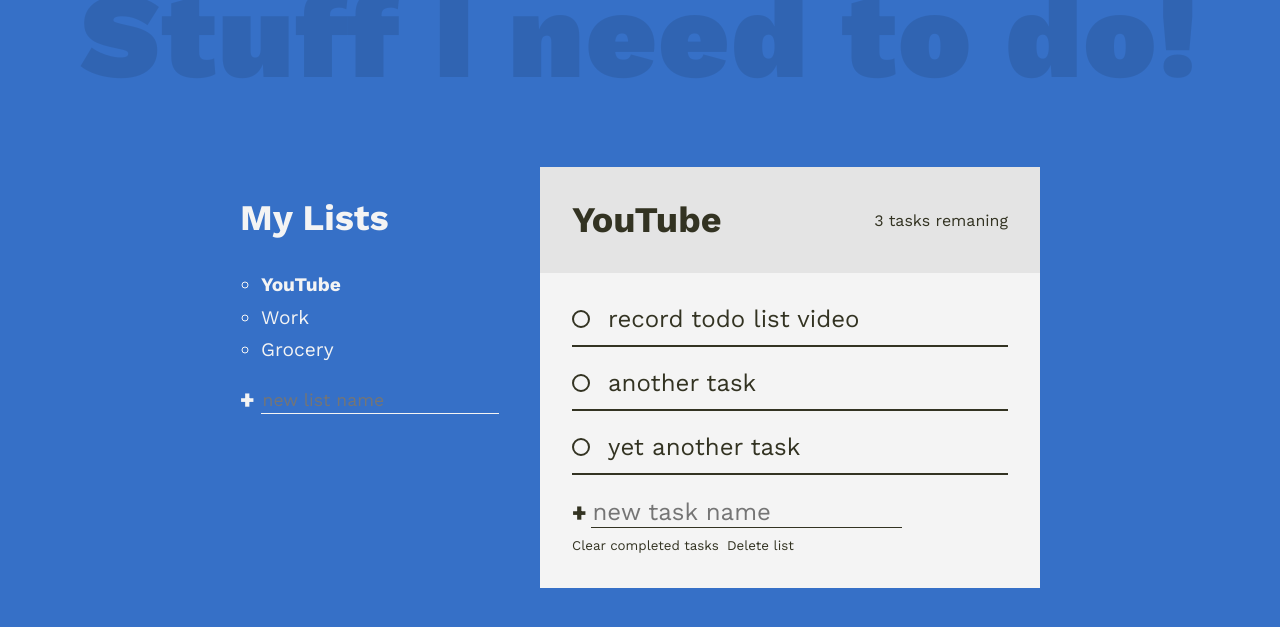
Repository: PratypartyY2K/JavaScript-Projects
Page: Better-ToDo-App/index.html
These files come from the project's save history. The page is drawn as it stood at one moment and after the next save; the edit follows.
The browser window is 1280 px wide. The pictures show the whole page.

Above is the page before, as saved 2021-07-06 01:15:30.

After the next save:
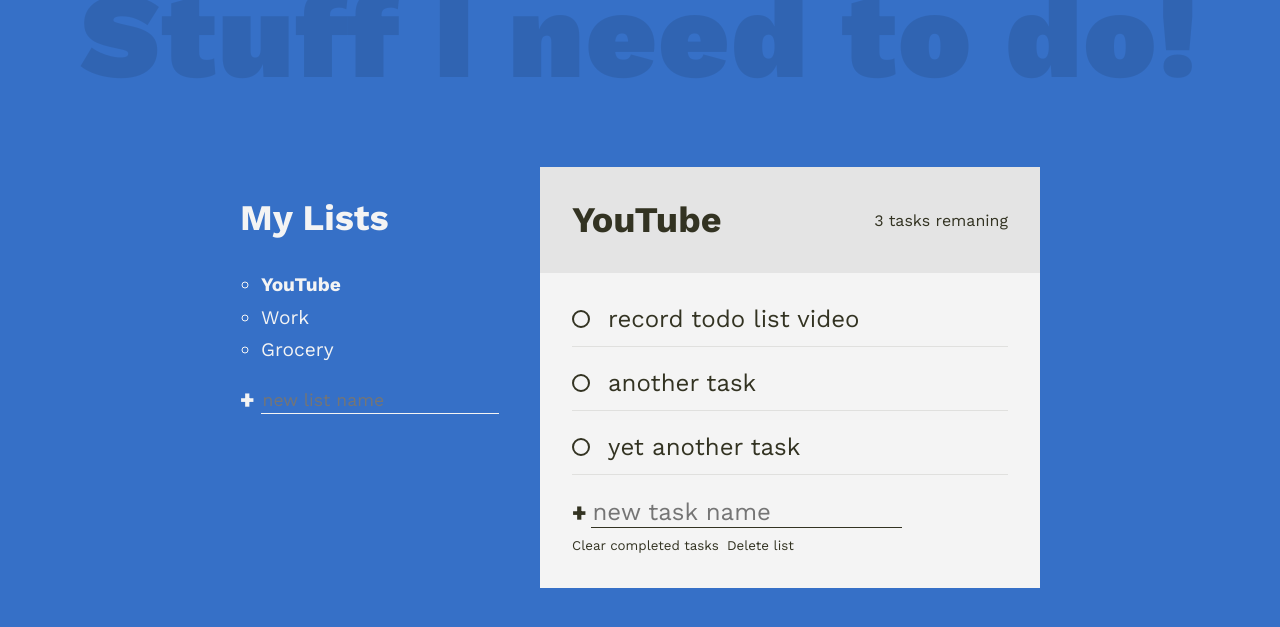
Saved 19 s later.
--- a/Better-ToDo-App/styles.css
+++ b/Better-ToDo-App/styles.css
@@ -167,8 +167,9 @@
     right: 0;
     left: 0;
     bottom: -50%;
-    height: 2px;
+    height: 1px;
     background: currentColor;
+    opacity: 0.1;
 }
 
 .custom-checkbox {
